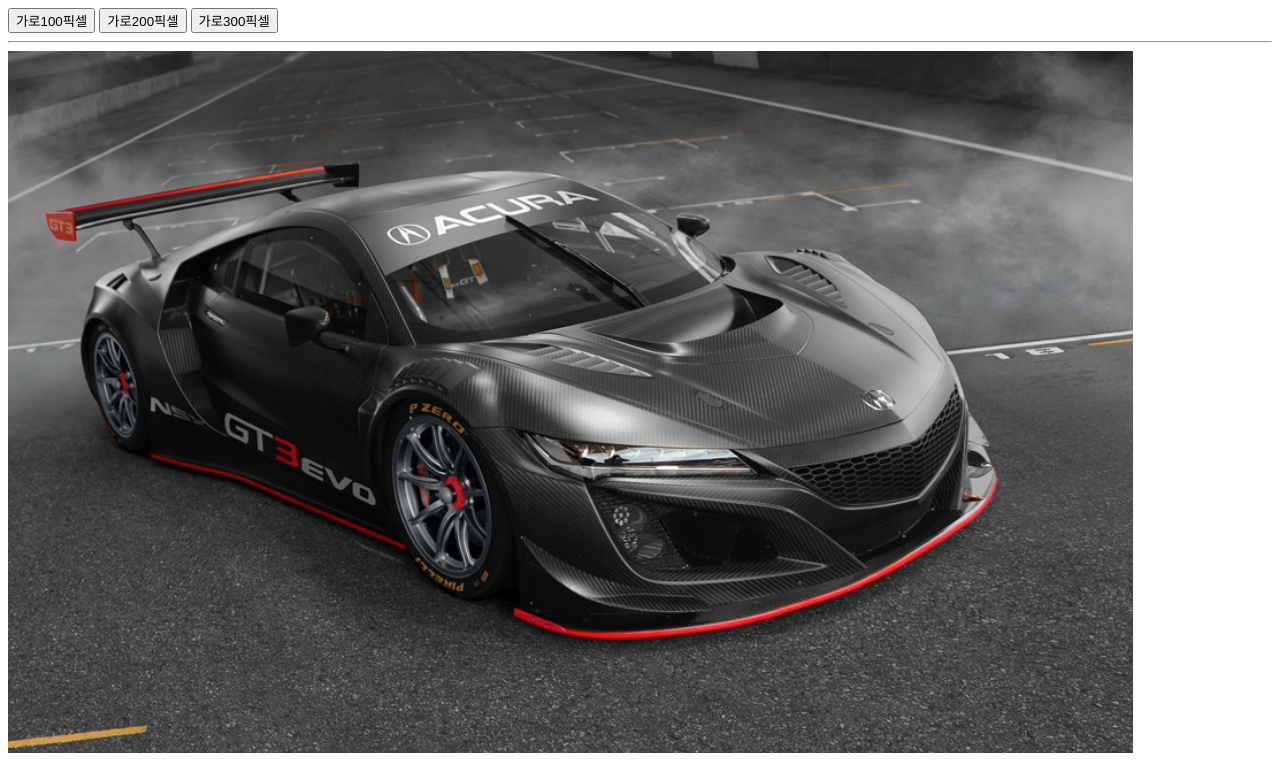
Repository: ryu1917/jsp
Page: workspace/js/ex15.html
An editor plug-in stored every save of this project. The page is shown before and after the next save, followed by the edit.
The browser window is 1280 px wide. The pictures show the whole page.

Above is the page before, as saved 2021-04-19 07:42:47.

### workspace/js/ex15.html
<!DOCTYPE html>
<html>
<head>
<meta charset="UTF-8">
<title>Insert title here</title>
</head>
<body>
	<div class="css_pic">
		<button class="b1">가로100픽셀</button>
		<button class="b2">가로200픽셀</button>
		<button class="b3">가로300픽셀</button>
		<hr>
		<img name="pic1" src="resources/images/car01.png">



	</div>
</body>
</html>

Loaded but not shown: workspace/js/jquery-3.6.0.min.js (library)

After the next save:
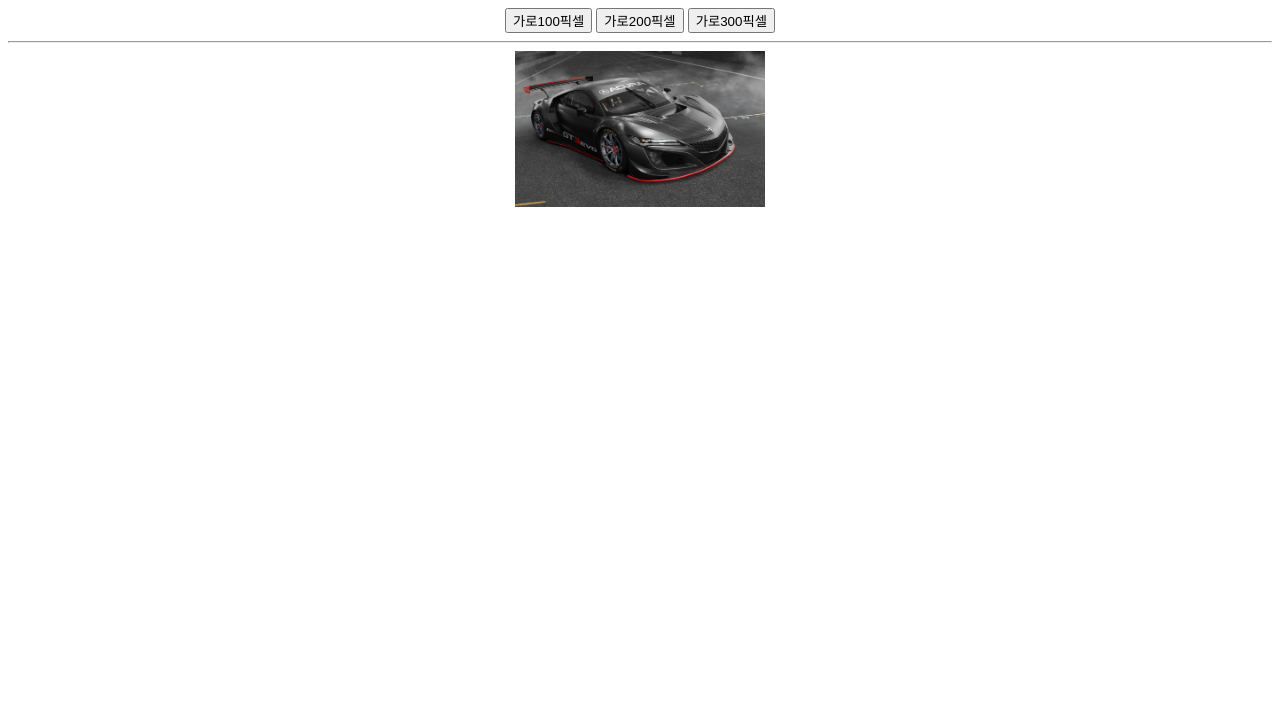
Saved 3 min 21 s later.
--- a/workspace/js/ex15.html
+++ b/workspace/js/ex15.html
@@ -3,6 +3,25 @@
 <head>
 <meta charset="UTF-8">
 <title>Insert title here</title>
+<script src="jquery-3.6.0.min.js"></script>
+<script >
+	$(function(){
+		$("button.b1").click(function(){
+			$("img").animate({width:'100px'})
+		})
+		$("button.b2").click(function(){
+			$("img").animate({width:'100px'})
+		})
+		$("button.b3").click(function(){
+			$("img").animate({width:'100px'})
+		})
+	})
+
+</script>
+<style type="text/css">
+	.css_pic {height: 430px;text-align: center;}
+	.css_pic img{ width: 250px;}
+</style>
 </head>
 <body>
 	<div class="css_pic">
